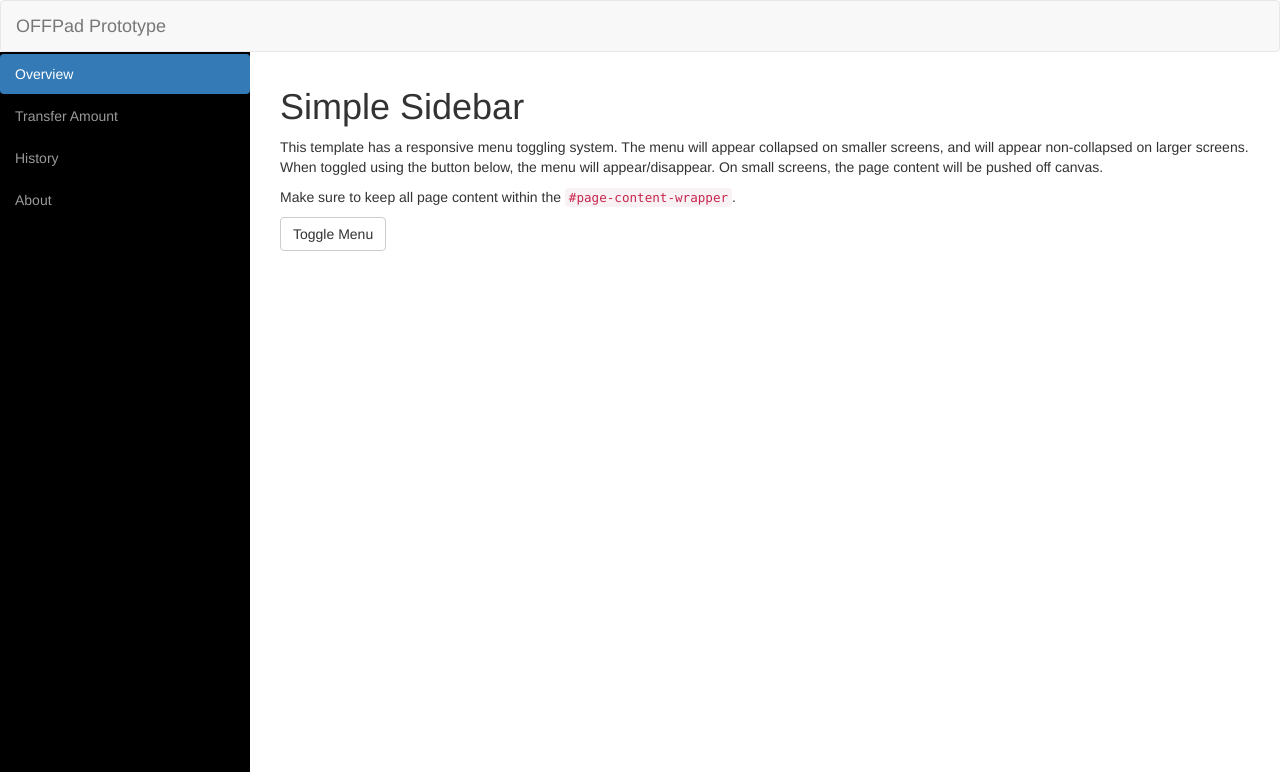
Repository: sijangurung/OFFPad-Projects
Page: Web App Workspace/OffPad WebApp/WebContent/index.html
The author's editor kept a copy of each file at every save. The page is drawn from the files as they stood at one save, then again after the next save.
The browser window is 1280 px wide. The pictures show the whole page.

Above is the page before, as saved 2015-12-29 16:06:07.

After the next save:
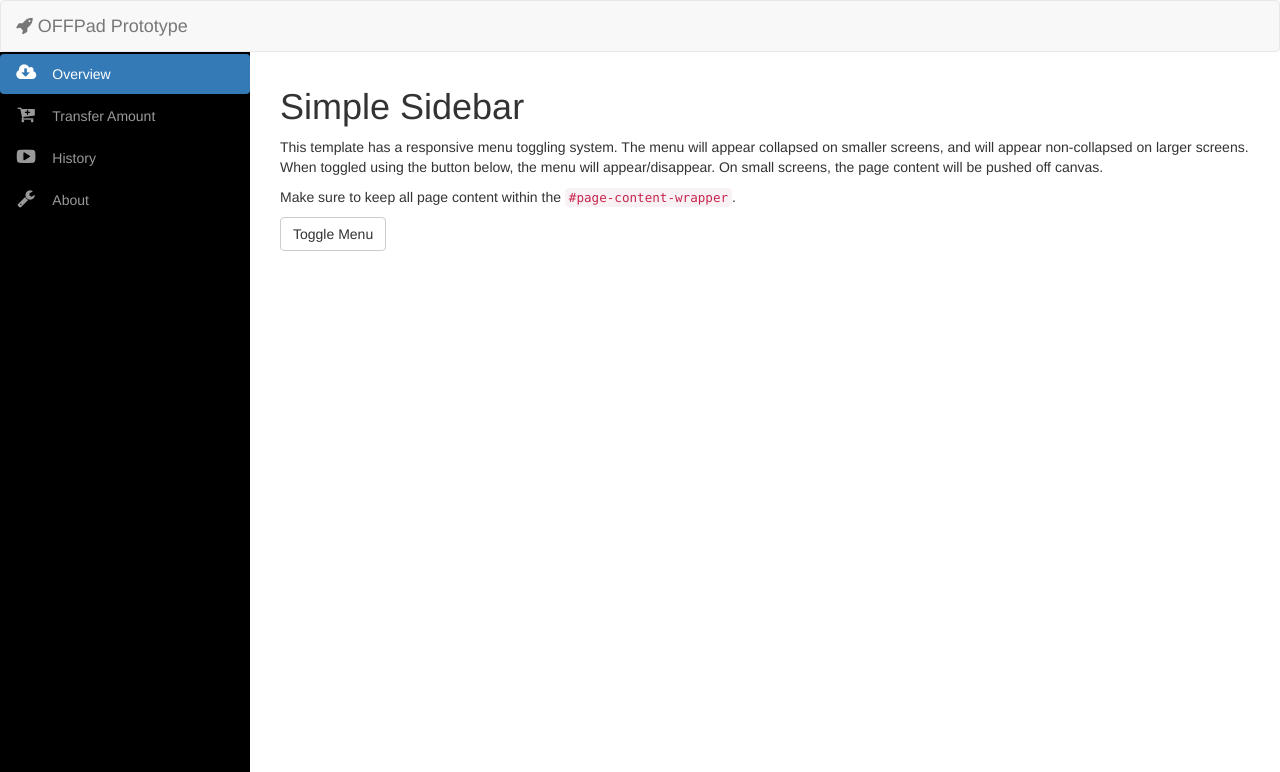
Saved 37 s later.
--- a/Web App Workspace/OffPad WebApp/WebContent/index.html
+++ b/Web App Workspace/OffPad WebApp/WebContent/index.html
@@ -13,7 +13,8 @@
 
     <!-- Bootstrap Core CSS -->
     <link href="styles/bootstrap.min.css" rel="stylesheet">
-
+ <!-- FontAwesome CSS -->
+    <link href="css/font-awesome.min.css" rel="stylesheet">
     <!-- Custom CSS -->
     <link href="styles/simple-sidebar.css" rel="stylesheet">
 
